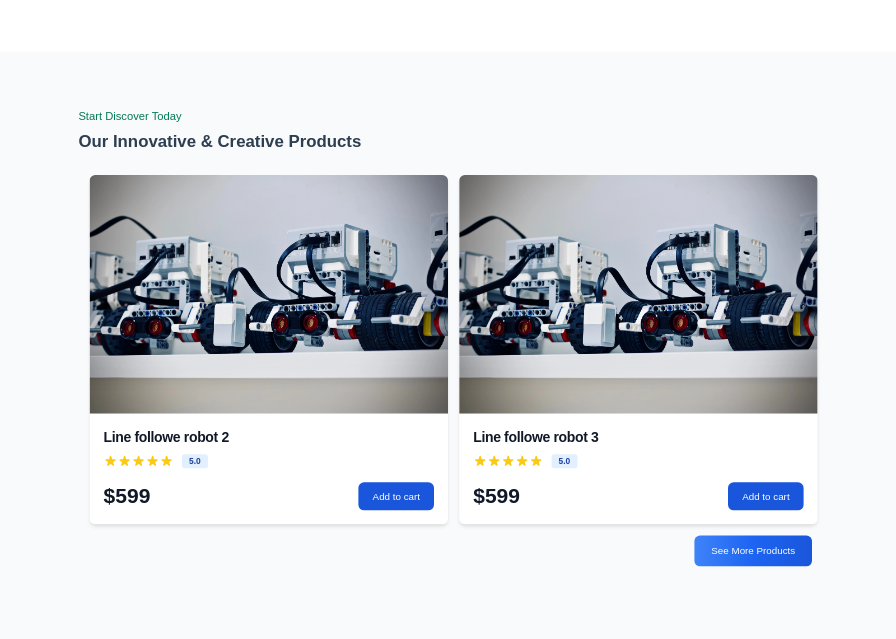
Repository: khulqu15/siderobotion
Page: /
These files come from the project's save history. The page is drawn as it stood at one moment and after a run of saves; the edit follows.
The browser window is 1280 px wide. The pictures show the part of the page from y = 520 to 2440 px (the page is 1433 px tall before and 3536 px after), at 70% of full size.
The project was rebuilt for these pictures with package versions that can differ from the ones it lists, and the page was loaded fresh each time. Also part of the build but not shown: vue.config.js.

Above is the page before, as saved 2022-06-12 02:49:09.

### src/main.js
import { createApp } from 'vue'
import App from './App.vue'
import './registerServiceWorker'
import router from './router'
import store from './store'
import 'flowbite'
import './index.css'

createApp(App)
  .use(store)
  .use(router)
  .mount('#app')

### src/index.css
@tailwind base;
@tailwind components;
@tailwind utilities;
@import url('https://fonts.googleapis.com/css2?family=Poppins:ital,wght@0,100;0,200;0,300;0,400;0,500;0,600;0,700;0,800;0,900;1,100;1,200;1,300;1,400;1,500;1,600;1,700;1,800;1,900&display=swap');

* {
  font-family: 'Poppins', sans-serif !important;
}

### src/views/HomeView.vue
<template>

  <web-layout>
    <div class="p-12 md:p-28 grid grid-cols-1 md:grid-cols-2 gap-4">
      <div class="text-start">
        <h1 class="text-3xl font-semibold">Great, Creative and Innovative <span class="text-blue-600">Robotic Team</span> </h1>
        <p class="text-gray-400 mt-6 mb-12">Consectetur adipisicing elit. Enim eos, labore hic sapiente repellendus magnam deserunt ullam sint commodi asperiores optio corrupti maxime facilis ducimus nemo repudiandae quisquam quam! Est qui consectetur asperiores, nihil assumenda sequi?</p>
        <button type="button" class="py-3 px-5 mr-2 mb-2 text-sm font-medium text-gray-900 focus:outline-none bg-white rounded-lg border border-gray-200 hover:bg-gray-100 hover:text-blue-700 focus:z-10 focus:ring-4 focus:ring-gray-200">About us</button>
        <button type="button" class="text-white bg-gradient-to-r from-blue-500 via-blue-600 to-blue-700 hover:bg-gradient-to-br focus:ring-4 focus:outline-none focus:ring-blue-300 dark:focus:ring-blue-800 font-medium rounded-lg text-sm px-6 py-3 text-center mr-2 mb-2">See Our Products</button>
      </div>
    </div>

    <div class="px-12 md:px-28 py-20 bg-gray-50">
      <div class="text-start">
        <p class="mb-2 text-green-600">Start Discover Today</p>
        <h1 class="text-2xl mb-4 font-semibold">Our Innovative & Creative Products</h1>
      </div>
      <div class="py-4 text-start grid grid-cols-1 gap-4">
        <div v-for="(item, index) in 3" :key="index">
          <div class="w-full bg-white rounded-lg shadow-md dark:bg-gray-800 dark:border-gray-700">
            <a href="#">
              <img class="rounded-t-lg" :src="require('@/assets/images/product.webp')" alt="product image" />
            </a>
            <div class="p-5">
              <a href="#">
                <h5 class="text-xl font-semibold tracking-tight text-gray-900 dark:text-white">Line followe robot {{ item }}</h5>
              </a>
              <div class="flex items-center mt-2.5 mb-5">
                <svg class="w-5 h-5 text-yellow-300" fill="currentColor" viewBox="0 0 20 20" xmlns="http://www.w3.org/2000/svg"><path d="M9.049 2.927c.3-.921 1.603-.921 1.902 0l1.07 3.292a1 1 0 00.95.69h3.462c.969 0 1.371 1.24.588 1.81l-2.8 2.034a1 1 0 00-.364 1.118l1.07 3.292c.3.921-.755 1.688-1.54 1.118l-2.8-2.034a1 1 0 00-1.175 0l-2.8 2.034c-.784.57-1.838-.197-1.539-1.118l1.07-3.292a1 1 0 00-.364-1.118L2.98 8.72c-.783-.57-.38-1.81.588-1.81h3.461a1 1 0 00.951-.69l1.07-3.292z"></path></svg>
                <svg class="w-5 h-5 text-yellow-300" fill="currentColor" viewBox="0 0 20 20" xmlns="http://www.w3.org/2000/svg"><path d="M9.049 2.927c.3-.921 1.603-.921 1.902 0l1.07 3.292a1 1 0 00.95.69h3.462c.969 0 1.371 1.24.588 1.81l-2.8 2.034a1 1 0 00-.364 1.118l1.07 3.292c.3.921-.755 1.688-1.54 1.118l-2.8-2.034a1 1 0 00-1.175 0l-2.8 2.034c-.784.57-1.838-.197-1.539-1.118l1.07-3.292a1 1 0 00-.364-1.118L2.98 8.72c-.783-.57-.38-1.81.588-1.81h3.461a1 1 0 00.951-.69l1.07-3.292z"></path></svg>
                <svg class="w-5 h-5 text-yellow-300" fill="currentColor" viewBox="0 0 20 20" xmlns="http://www.w3.org/2000/svg"><path d="M9.049 2.927c.3-.921 1.603-.921 1.902 0l1.07 3.292a1 1 0 00.95.69h3.462c.969 0 1.371 1.24.588 1.81l-2.8 2.034a1 1 0 00-.364 1.118l1.07 3.292c.3.921-.755 1.688-1.54 1.118l-2.8-2.034a1 1 0 00-1.175 0l-2.8 2.034c-.784.57-1.838-.197-1.539-1.118l1.07-3.292a1 1 0 00-.364-1.118L2.98 8.72c-.783-.57-.38-1.81.588-1.81h3.461a1 1 0 00.951-.69l1.07-3.292z"></path></svg>
                <svg class="w-5 h-5 text-yellow-300" fill="currentColor" viewBox="0 0 20 20" xmlns="http://www.w3.org/2000/svg"><path d="M9.049 2.927c.3-.921 1.603-.921 1.902 0l1.07 3.292a1 1 0 00.95.69h3.462c.969 0 1.371 1.24.588 1.81l-2.8 2.034a1 1 0 00-.364 1.118l1.07 3.292c.3.921-.755 1.688-1.54 1.118l-2.8-2.034a1 1 0 00-1.175 0l-2.8 2.034c-.784.57-1.838-.197-1.539-1.118l1.07-3.292a1 1 0 00-.364-1.118L2.98 8.72c-.783-.57-.38-1.81.588-1.81h3.461a1 1 0 00.951-.69l1.07-3.292z"></path></svg>
                <svg class="w-5 h-5 text-yellow-300" fill="currentColor" viewBox="0 0 20 20" xmlns="http://www.w3.org/2000/svg"><path d="M9.049 2.927c.3-.921 1.603-.921 1.902 0l1.07 3.292a1 1 0 00.95.69h3.462c.969 0 1.371 1.24.588 1.81l-2.8 2.034a1 1 0 00-.364 1.118l1.07 3.292c.3.921-.755 1.688-1.54 1.118l-2.8-2.034a1 1 0 00-1.175 0l-2.8 2.034c-.784.57-1.838-.197-1.539-1.118l1.07-3.292a1 1 0 00-.364-1.118L2.98 8.72c-.783-.57-.38-1.81.588-1.81h3.461a1 1 0 00.951-.69l1.07-3.292z"></path></svg>
                <span class="bg-blue-100 text-blue-800 text-xs font-semibold mr-2 px-2.5 py-0.5 rounded dark:bg-blue-200 dark:text-blue-800 ml-3">5.0</span>
              </div>
              <div class="flex justify-between items-center">
                <span class="text-3xl font-bold text-gray-900 dark:text-white">$599</span>
                <a href="#" class="text-white bg-blue-700 hover:bg-blue-800 focus:ring-4 focus:outline-none focus:ring-blue-300 font-medium rounded-lg text-sm px-5 py-2.5 text-center dark:bg-blue-600 dark:hover:bg-blue-700 dark:focus:ring-blue-800">Add to cart</a>
              </div>
            </div>
          </div>
        </div>
        <div class="text-right col-span-3">
          <button type="button" class="text-white bg-gradient-to-r from-blue-500 via-blue-600 to-blue-700 hover:bg-gradient-to-br focus:ring-4 focus:outline-none focus:ring-blue-300 dark:focus:ring-blue-800 font-medium rounded-lg text-sm px-6 py-3 text-center mr-2 mb-2">See More Products</button>
        </div>
      </div>
    </div>
  </web-layout>

</template>

<script>
import WebLayout from '@/layouts/WebLayout.vue'
export default {
  name: 'HomeView',
  components: {
    WebLayout
  }
}
</script>

### src/layouts/WebLayout.vue
<template>
  <div id="app-web">
    <div id="nav">
      <navigation-header/>
    </div>
    <div id="body-content">
      <slot id="content"></slot>
    </div>
  </div>
</template>

<script>
import NavigationHeader from '@/components/NavigationHeader.vue'
export default {
  components: {
    NavigationHeader
  }
}
</script>

### src/components/NavigationHeader.vue
<template>
  <div>
    <nav class="bg-white border-gray-200 px-2 sm:px-4 py-6 shadow-sm rounded dark:bg-gray-800">
      <div class="container flex flex-wrap justify-between items-center mx-auto">
        <a href="/" class="flex items-center">
          <img :src="require('@/assets/logo.webp')" class="mr-3 h-4 sm:h-6" alt="Siderobotion Logo">
          <span class="self-center text-xl font-semibold whitespace-nowrap dark:text-white">Siderobotion</span>
        </a>
        <button data-collapse-toggle="mobile-menu" type="button" class="inline-flex items-center p-2 ml-3 text-sm text-gray-500 rounded-lg md:hidden hover:bg-gray-100 focus:outline-none focus:ring-2 focus:ring-gray-200 dark:text-gray-400 dark:hover:bg-gray-700 dark:focus:ring-gray-600" aria-controls="mobile-menu" aria-expanded="false">
          <span class="sr-only">Open main menu</span>
          <svg class="w-6 h-6" fill="currentColor" viewBox="0 0 20 20" xmlns="http://www.w3.org/2000/svg"><path fill-rule="evenodd" d="M3 5a1 1 0 011-1h12a1 1 0 110 2H4a1 1 0 01-1-1zM3 10a1 1 0 011-1h12a1 1 0 110 2H4a1 1 0 01-1-1zM3 15a1 1 0 011-1h12a1 1 0 110 2H4a1 1 0 01-1-1z" clip-rule="evenodd"></path></svg>
          <svg class="hidden w-6 h-6" fill="currentColor" viewBox="0 0 20 20" xmlns="http://www.w3.org/2000/svg"><path fill-rule="evenodd" d="M4.293 4.293a1 1 0 011.414 0L10 8.586l4.293-4.293a1 1 0 111.414 1.414L11.414 10l4.293 4.293a1 1 0 01-1.414 1.414L10 11.414l-4.293 4.293a1 1 0 01-1.414-1.414L8.586 10 4.293 5.707a1 1 0 010-1.414z" clip-rule="evenodd"></path></svg>
        </button>
        <div class="hidden w-full md:block md:w-auto" id="mobile-menu">
          <ul class="flex flex-col mt-4 md:flex-row md:space-x-8 md:mt-0 md:text-sm md:font-medium">
            <li>
              <a href="#" class="block py-2 pr-4 pl-3 text-white bg-blue-700 rounded md:bg-transparent md:text-blue-700 md:p-0 dark:text-white" aria-current="page">Home</a>
            </li>
            <li>
              <a href="#" class="block py-2 pr-4 pl-3 text-gray-700 border-b border-gray-100 hover:bg-gray-50 md:hover:bg-transparent md:border-0 md:hover:text-blue-700 md:p-0 dark:text-gray-400 md:dark:hover:text-white dark:hover:bg-gray-700 dark:hover:text-white md:dark:hover:bg-transparent dark:border-gray-700">About</a>
            </li>
            <li>
              <a href="#" class="block py-2 pr-4 pl-3 text-gray-700 border-b border-gray-100 hover:bg-gray-50 md:hover:bg-transparent md:border-0 md:hover:text-blue-700 md:p-0 dark:text-gray-400 md:dark:hover:text-white dark:hover:bg-gray-700 dark:hover:text-white md:dark:hover:bg-transparent dark:border-gray-700">Services</a>
            </li>
            <li>
              <a href="#" class="block py-2 pr-4 pl-3 text-gray-700 border-b border-gray-100 hover:bg-gray-50 md:hover:bg-transparent md:border-0 md:hover:text-blue-700 md:p-0 dark:text-gray-400 md:dark:hover:text-white dark:hover:bg-gray-700 dark:hover:text-white md:dark:hover:bg-transparent dark:border-gray-700">Pricing</a>
            </li>
            <li>
              <a href="#" class="block py-2 pr-4 pl-3 text-gray-700 hover:bg-gray-50 md:hover:bg-transparent md:border-0 md:hover:text-blue-700 md:p-0 dark:text-gray-400 md:dark:hover:text-white dark:hover:bg-gray-700 dark:hover:text-white md:dark:hover:bg-transparent">Contact</a>
            </li>
          </ul>
        </div>
      </div>
    </nav>

  </div>
</template>

### tailwind.config.js
module.exports = {

  content: [
    "./index.html",
    "./src/**/*.{vue,js,ts,jsx,tsx}",
    "./node_modules/flowbite/**/*.js",
  ],
  theme: {
    extend: {},
  },
  plugins: [
    require('flowbite/plugin')
  ]

}

Loaded but not shown: public/index.html (common file); src/App.vue (common file); src/registerServiceWorker.js (common file); src/router/index.js (common file); src/store/index.js (common file)

After the next 2 saves:
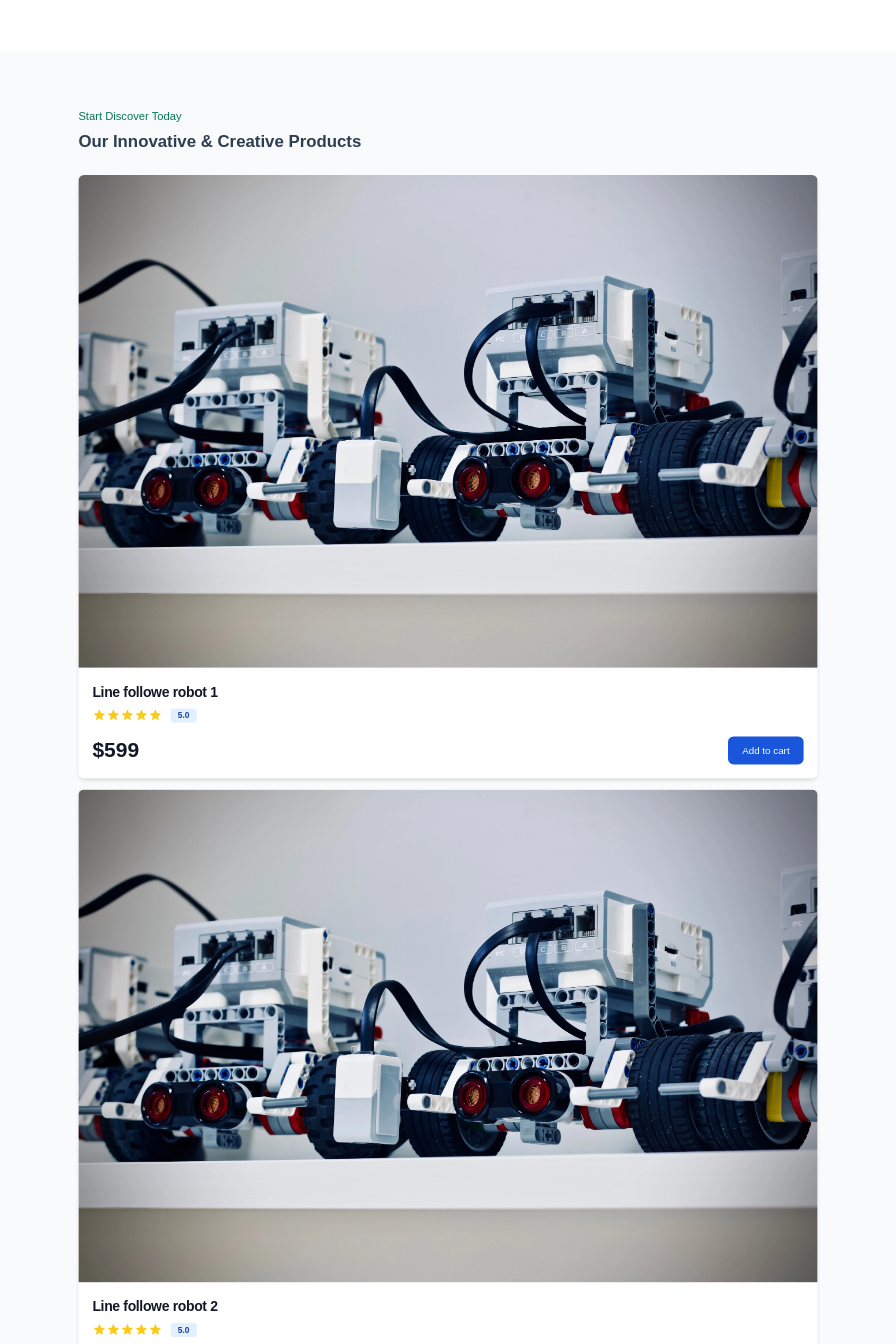
The 2 saves are shown as one change because they came seconds apart.
The last was saved 24 s later.
--- a/src/views/HomeView.vue
+++ b/src/views/HomeView.vue
@@ -16,7 +16,7 @@
         <h1 class="text-2xl mb-4 font-semibold">Our Innovative & Creative Products</h1>
       </div>
       <div class="py-4 text-start grid grid-cols-1 gap-4">
-        <div v-for="(item, index) in 3" :key="index">
+        <div v-for="(item, index) in 3" :key="index" >
           <div class="w-full bg-white rounded-lg shadow-md dark:bg-gray-800 dark:border-gray-700">
             <a href="#">
               <img class="rounded-t-lg" :src="require('@/assets/images/product.webp')" alt="product image" />
@@ -40,9 +40,9 @@
             </div>
           </div>
         </div>
-        <div class="text-right col-span-3">
-          <button type="button" class="text-white bg-gradient-to-r from-blue-500 via-blue-600 to-blue-700 hover:bg-gradient-to-br focus:ring-4 focus:outline-none focus:ring-blue-300 dark:focus:ring-blue-800 font-medium rounded-lg text-sm px-6 py-3 text-center mr-2 mb-2">See More Products</button>
-        </div>
+      </div>
+      <div class="text-right col-span-3">
+        <button type="button" class="text-white bg-gradient-to-r from-blue-500 via-blue-600 to-blue-700 hover:bg-gradient-to-br focus:ring-4 focus:outline-none focus:ring-blue-300 dark:focus:ring-blue-800 font-medium rounded-lg text-sm px-6 py-3 text-center mr-2 mb-2">See More Products</button>
       </div>
     </div>
   </web-layout>
